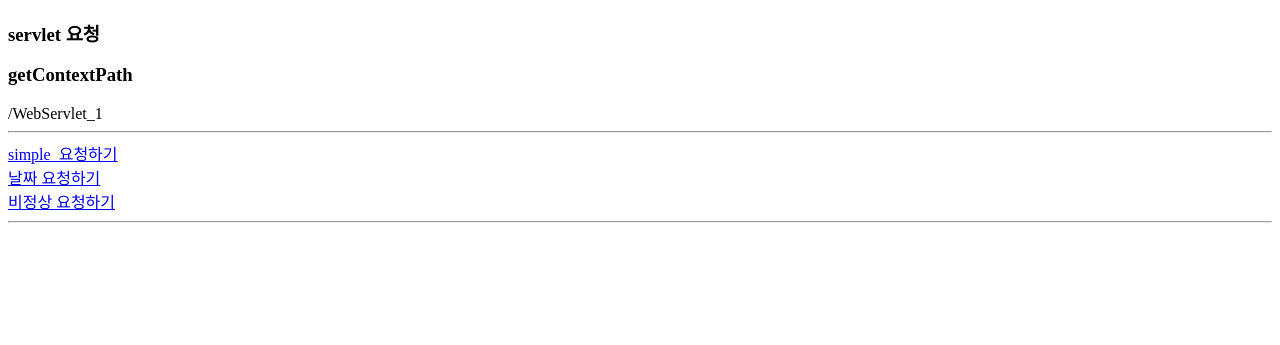
Repository: 71summernight/JavaScript_Jquery
Page: http://localhost/WebServlet_1/
These files come from the project's save history. The page is drawn as it stood at one moment and after the next save; the edit follows.
The browser window is 1280 px wide. The pictures show the whole page.
The page is served by Tomcat 9.

Above is the page before, as saved 2021-04-01 02:35:42.

After the next save:
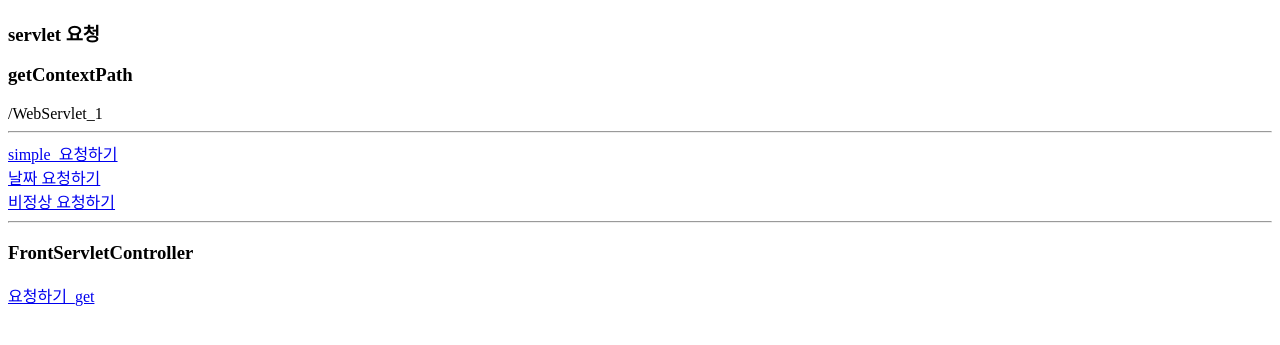
Saved 9 min 20 s later.
--- a/WebServlet_1/WebContent/default.jsp
+++ b/WebServlet_1/WebContent/default.jsp
@@ -17,7 +17,9 @@
 <br>
 <a href="<%=request.getContextPath() %>/simple?type=abcd">비정상 요청하기</a>
 <hr>
-
+<h3>FrontServletController</h3>
+<a href="<%=request.getContextPath() %>/action.do?cmd=greeting">요청하기_get</a>
+<br>
 
 </body>
 </html>
